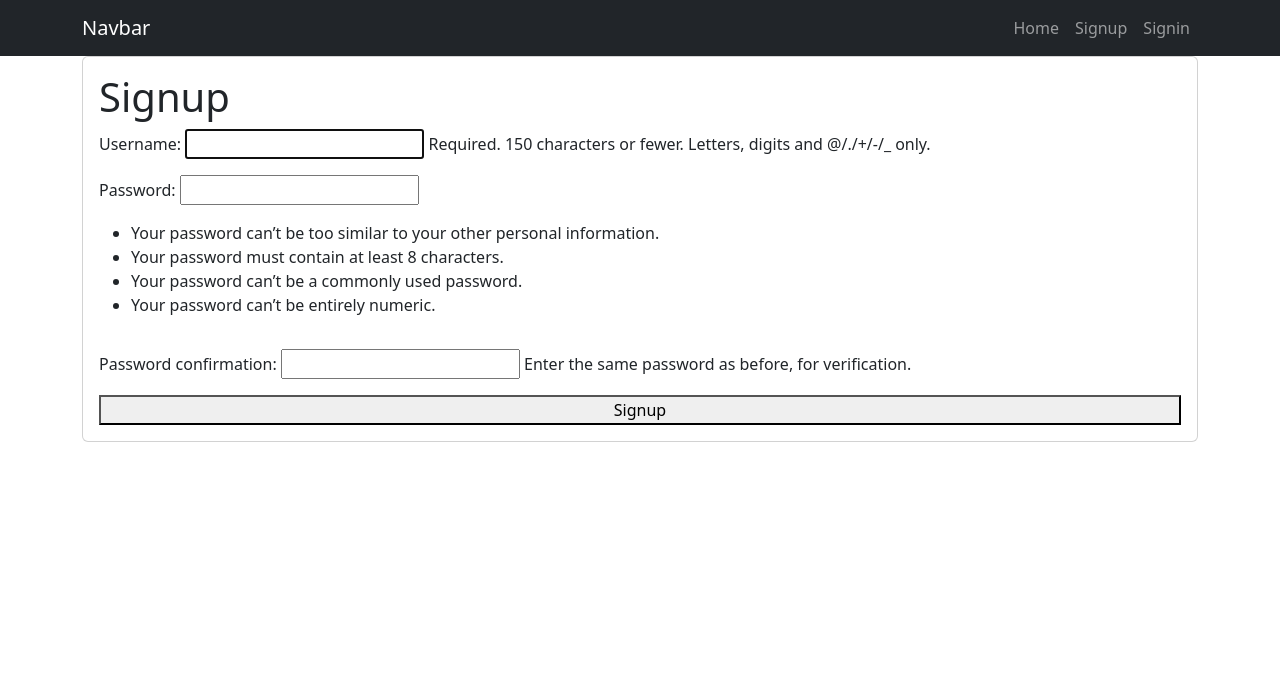
Repository: dbettancourt/django-auth-crud
Page: http://localhost/signup/
The author's editor kept a copy of each file at every save. The page is drawn from the files as they stood at one save, then again after the next save.
The browser window is 1280 px wide. The pictures show the whole page.
The page is served by the project's application, run on Django 4.2 (manage.py).

Above is the page before, as saved 2023-06-06 10:41:17.

After the next save:
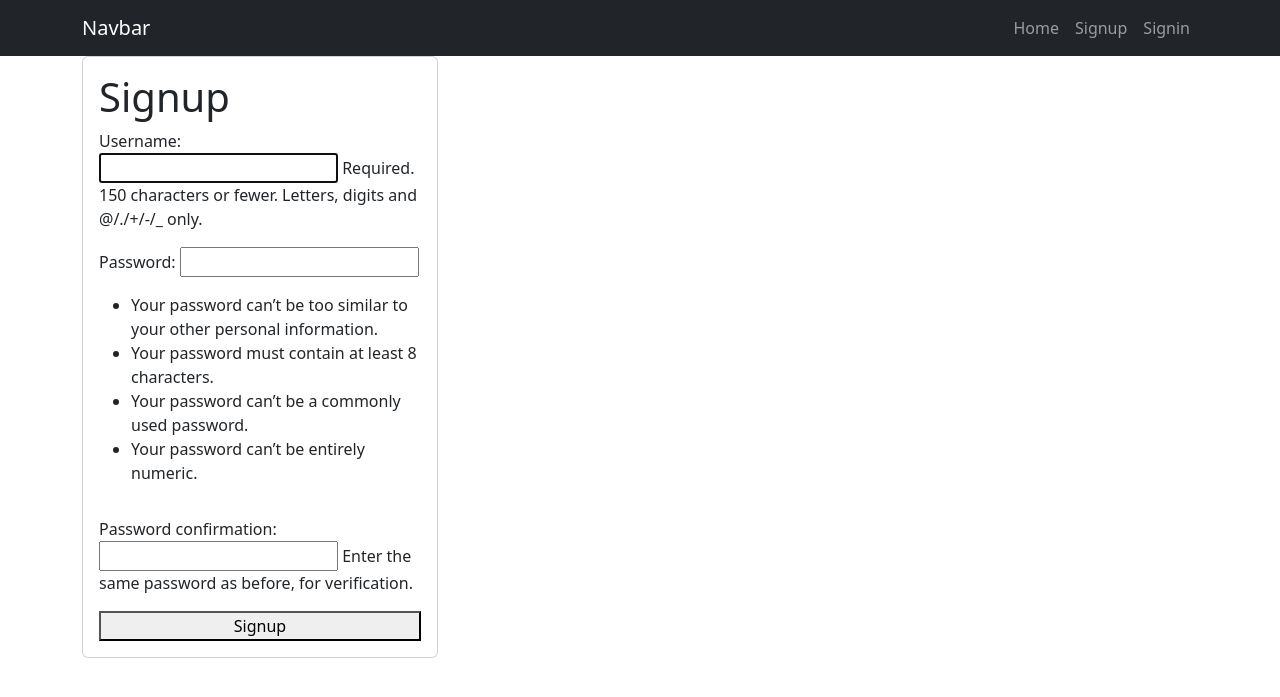
Saved 2 min 37 s later.
--- a/tasks/templates/signup.html
+++ b/tasks/templates/signup.html
@@ -3,18 +3,23 @@
 {% block content %}
 
 <main class="container">
-    <form method="POST" class="card card-body">
-        <h1>Signup</h1>
+    <div class="row">
+        <div class="col-md-4">
+            <form method="POST" class="card card-body">
+                <h1>Signup</h1>
 
-        {{error}}
+                {{error}}
 
-        {% csrf_token %}
-        {{form.as_p}}
+                {% csrf_token %}
+                {{form.as_p}}
 
-        <button>
-            Signup
-        </button>
-    </forrm>
+                <button>
+                    Signup
+                </button>
+            </forrm>
+        </div>
+
+    </div>
 </main>
 
 {% endblock %}
